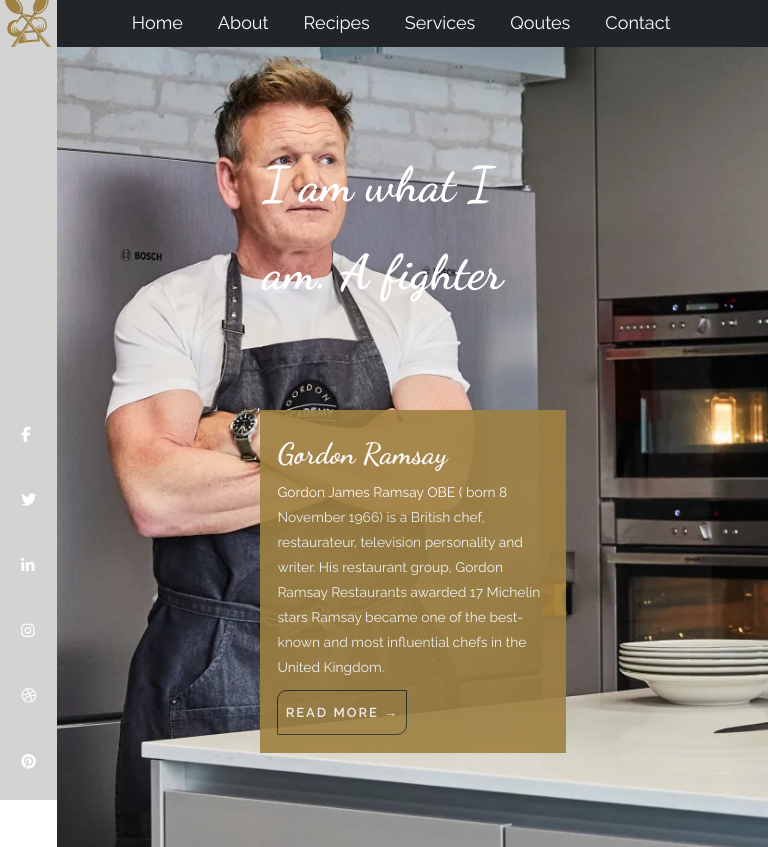
Repository: Esraa22M/Gordon-Ramsay-Biography
Page: index.html
These files come from the project's save history. The page is drawn as it stood at one moment and after the next save; the edit follows.
The browser window is 768 px wide. The pictures show the whole page.
Backgrounds fixed to the window are drawn as part of the page. Some web libraries are served in a nearby version.

Above is the page before, as saved 2022-12-13 17:00:21.

### index.html
<!DOCTYPE html>
<html lang="en">

<head>
    <meta charset="UTF-8">
    <meta http-equiv="X-UA-Compatible" content="IE=edge">
    <meta name="viewport" content="width=device-width, initial-scale=1.0">
    <title>Gordon-Ramsay-Biography
    </title>
    <!-- google fonts -->
    <link rel="preconnect" href="https://fonts.googleapis.com">
    <link rel="preconnect" href="https://fonts.gstatic.com" crossorigin>
    <link
        href="https://fonts.googleapis.com/css2?family=Dancing+Script:wght@400;500;600;700&family=Raleway:ital,wght@0,100;0,200;0,300;0,400;0,500;0,600;0,700;0,800;0,900;1,100;1,200;1,300;1,400;1,500;1,600;1,700;1,800;1,900&display=swap"
        rel="stylesheet">
    <link href="https://fonts.googleapis.com/css2?family=Dancing+Script:wght@400;500;600;700&display=swap"
        rel="stylesheet">

    <!-- external style -->
    <link rel="stylesheet" href="style.css" />
    <!-- fontawsome -->
    <script src="https://kit.fontawesome.com/8684e53235.js" crossorigin="anonymous"></script>
    <!-- scripts -->
    <script src="main.js" defer></script>
</head>

<body>
    <!-- Asidebar Nav-->
    <aside id="aside-nav">
        <div class="aside--nav__content">
            <img src="./img/chef-logo.svg" alt="side Navbar logo" class="aside--nav__content__logo">

            <nav class="aside-nav__content__nav" role="side nav">
                <ul class="aside--nav__content__nav--social">
                    <li><a href="#"><i class="fab fa-facebook-f"></i></a></li>
                    <li><a href="#"><i class="fab fa-twitter"></i></a></li>
                    <li><a href="#"><i class="fab fa-linkedin-in"></i></a></li>
                    <li><a href="#"><i class="fab fa-instagram"></i></a></li>
                    <li><a href="#"><i class="fab fa-dribbble"></i></a></li>
                    <li><a href="#"><i class="fa-brands fa-pinterest"></i></a></li>
                </ul>
            </nav>
        </div>
    </aside>
    <!-- Main Content -->
    <main>
        <header id="header">
            <div class="primary-nav-container">
                <!-- hamburger icon -->
                <div class="header__primary-nav--hamburger">
                    <div class="line line-1"></div>
                    <div class="line line-2"></div>
                    <div class="line line-3"></div>
                </div>
                <!-- Primary Nav -->
                <nav id="header__primary-nav">

                    <ul class="header__primary-nav-links">
                        <li class="header__primary-nav-links--link-item"><a href="#"
                                class="header__primary-nav--nav-link">Home</a></li>
                        <li class="header__primary-nav-links--link-item"><a href="#"
                                class="header__primary-nav--nav-link">About</a></li>
                        <li class="header__primary-nav-links--link-item"><a href="#"
                                class="header__primary-nav--nav-link">Recipes</a></li>
                        <li class="header__primary-nav-links--link-item"><a href="#"
                                class="header__primary-nav--nav-link">Services</a></li>
                        <li class="header__primary-nav-links--link-item"><a href="#"
                                class="header__primary-nav--nav-link">Qoutes</a></li>
                        <li class="header__primary-nav-links--link-item"><a href="#"
                                class="header__primary-nav--nav-link">Contact</a></li>
                    </ul>
                </nav>
            </div>
        </header>
        <!-- hero section -->
        <section id="show-case">
            <h1 class="show-case__word">I am what I am. A fighter</h1>
            <div class="show-case__content">
                <h1 class="show-case__content-title"> Gordon Ramsay
                </h1>
                <p class="show-case__content--bio">Gordon James Ramsay OBE ( born 8 November 1966) is a British chef,
                    restaurateur, television personality and
                    writer. His restaurant group, Gordon Ramsay Restaurants awarded 17
                    Michelin stars
                    Ramsay became one of the best-known and most influential chefs in the United Kingdom.
                </p>
                <a href="#" class="show-case__content--link">Read More &#8594
                </a>
            </div>
        </section>
    </main>
</body>

</html>

### style.css
*,
*::after,
*::before {
  box-sizing: border-box;
  margin: 0;
  padding: 0;
}
/* utility components */
:root {
  font-size: 62.5%;
  /* colors */
  --clr-neutral-200: rgb(47, 45, 45);
  --clr-neutral-100: #212529;
  --clr-light: #ffff;
  --clr-primary: rgb(159, 129, 66);
  --ff-primary: "Raleway", sans-serif;

  --ff-secondary: "Dancing Script", cursive;
}
body {
  font-family: var(--ff-primary);
  line-height: 1.8;
  display: flex;
  width: 100vw;
}
ul {
  list-style: none;
}
a:link,
a:visited {
  text-decoration: none;
  cursor: pointer;
  color: var(--clr-light);
}
/* -------------------Main Styling-------*/

/* ---side nav-- */
#aside-nav {
  position: sticky;
  top: 0;
  left: 0;
  height: 100vh;
}
.aside--nav__content {
  height: 100vh;
  display: flex;
  flex-direction: column;
  justify-content: space-between;
  background-color: lightgray;
  align-items: center;
}
.aside--nav__content__logo {
  width: calc(3vw + 3vh);
  height: calc(3vw + 3vh);
  object-fit: cover;
}
.aside-nav__content__nav {
  height: 100%;
  display: flex;
  flex-direction: column;
  align-items: center;
  padding: calc(0.3em + 0.4vw);
  justify-content: flex-end;
}
.aside--nav__content__nav--social {
  list-style: none;
}

.aside--nav__content__nav--social a i {
  font-size: calc(1rem + 0.666vw);
  color: var(--clr-light);
  margin: calc(2rem + 0.666vw) calc(1rem + 0.666vw);
  transition: color 0.3s cubic-bezier(0.075, 0.82, 0.165, 1);
}

.aside--nav__content__nav--social a i:hover,
.aside--nav__content__nav--social a i:focus-within,
.aside--nav__content__nav--social a i:active {
  color: var(--clr-primary);
}
/* Main content */
main {
  flex: 1;
}
/* ---Primary Nav ---*/
header#header {
  background-color: var(--clr-neutral-100);
  width: 100%;
}
:where(#header__primary-nav) {
  height: calc(3vw + 3vh);
  width: 100%;
}
.header__primary-nav-links {
  display: flex;
  height: 100%;
  justify-content: center;
  align-items: center;
}
.header__primary-nav-links .header__primary-nav-links--link-item {
  padding-right: 3vw;
}
.header__primary-nav--nav-link {
  font-size: 1.8rem;
  text-transform: capitalize;
  position: relative;
  padding: 0.2rem 0.6rem;
}
.header__primary-nav--nav-link:link::before,
.header__primary-nav--nav-link:visited::before,
.header__primary-nav--nav-link:link::after,
.header__primary-nav--nav-link:visited::after {
  content: "";
  position: absolute;
  left: 0;
  width: 100%;
  height: 0.25rem;
  background-color: var(--clr-primary);
  transform: scaleX(0);
  transition: transform 0.6s cubic-bezier(1, 0, 0, 1);
}
.header__primary-nav--nav-link:link::before,
.header__primary-nav--nav-link:visited::before {
  top: 0;
  transform-origin: right;
}
.header__primary-nav--nav-link:link::after,
.header__primary-nav--nav-link:visited::after {
  bottom: 0;
  transform-origin: left;
}
.header__primary-nav--nav-link:hover::before,
.header__primary-nav--nav-link:active::before,
.header__primary-nav--nav-link:hover::after,
.header__primary-nav--nav-link:active::after {
  transform: scaleX(1);
}
/*-------------showcase section---------------*/
section#show-case {
  background-image: url("./img/GRA_Gordon_010921.webp");
  background-size: cover;
  object-fit: cover;
  background-attachment: fixed;
  background-position: center;
  height: 100vh;
  color: var(--clr-light);
  display: flex;
  justify-content: space-evenly;
  align-items: center;
}
.show-case__content {
  background-color: var(--clr-primary);
  opacity: 0.9;
  padding: calc(1rem + 1vw);
  min-height: calc(5rem + 20vmax);
  width: calc(5rem + 32vmax);
  display: flex;
  flex-direction: column;
  justify-content: space-between;
  animation: hero 2s ease-in-out;
}
@keyframes hero{
  0%{
    transform:  translateX(-60rem) rotate(369deg);
    opacity: 0;
  }
  100%{
    transform: translateX(0);
    opacity: 1;
  }
}
.show-case__word {
  width: 30rem;
  font-size: calc(1rem + 5vw);
}
.show-case__content-title {
  font-size: calc(1rem + 2.5vw);
}
.show-case__content-title,
.show-case__word {
  font-family: var(--ff-secondary);
}
.show-case__content--bio {
  font-size: calc(1rem + 0.5vw);
}
.show-case__content--link:visited,
.show-case__content--link:link {
  padding: 1rem 0;
  transition: all 0.5s ease-in-out;
  width: 13rem;
  text-align: center;
    margin-top: 1rem;

  text-transform: uppercase;
  font-size: 1.3rem;
  position: relative;
  border: 1px solid var(--clr-neutral-200);
  border-bottom-right-radius: 1rem 1rem;
  border-top-left-radius: 1rem 1rem;
  font-weight: 600;
  letter-spacing: 0.2rem;
}
.show-case__content--link:visited::after,
.show-case__content--link:link::after {
  content: "";
  position: absolute;
  z-index: -2;
  inset: 0;
  background-color: var(--clr-neutral-200);
  transform: scaleX(0);
  transform-origin: right;
  transition: transform 0.4s;
}
.show-case__content--link:visited:hover,.show-case__content--link:link:hover
{
  border-radius: unset;
  border: unset;
}
.show-case__content--link:hover::after,
.show-case__content--link:active::after {
  transform: scaleX(1);
    transform-origin: left;

}
@media screen and (max-width: 950px) { /*showcase section**/
    section#show-case {
    background-image: url(./img/GRA_Gordon.png);
    justify-content: space-evenly;
    align-items: center;
    flex-direction: column;
    background-position: 10%;
  }
}
/* max width (610px) */
@media screen and (max-width: 610px) {
  .primary-nav-container {
    position: relative;
  }
  :where(#header__primary-nav) {
    width: 30rem;
    height: 100%;
    position: fixed;
    background-color: var(--clr-neutral-200);
    top: 0;
    right: 0;
    z-index: 100;
    opacity: 0;
    text-align: center;
  }
  .main__nav--position {
    opacity: 1;
  }
  .header__primary-nav-links {
    flex-direction: column;
    align-items: flex-start;
  }

  /* .header__primary-nav-links::after {
    content: "";
    position: absolute;
    height: 50%;
    width: 50%;
    opacity: 0.8;
    z-index: -1;
    border-radius: 10px 5% / 20px 25em 30px 35em;

    background-color: var(--clr-neutral-100);
    box-shadow: 0 0 0.3rem 0.1rem var(--clr-primary);
    left: 2rem;
  } */

  .header__primary-nav-links :where(.header__primary-nav-links--link-item) {
    margin-bottom: 4vh;
    margin-left: 6vw;
    opacity: 0;
  }

  .header__primary-nav--hamburger {
    width: 5rem;
    height: 5rem;
    position: fixed;
    z-index: 200;
    top: 2rem;
    right: 3rem;
    background-color: var(--clr-neutral-200);
    cursor: pointer;
    border-radius: 50%;
    padding: 1rem;
    display: flex;
    flex-direction: column;
    justify-content: space-around;
  }
  .line {
    width: 100%;
    height: 0.3rem;
    background-color: var(--clr-light);
    border-radius: 0.2rem;
    transition: all 0.4s ease-in-out;
  }
  .primary-nav-container[aria-expanded="true"] .line-1 {
    transform: rotateZ(-405deg) translate(-1.25rem);
  }
  .primary-nav-container[aria-expanded="true"] .line-2 {
    opacity: 0;
  }
  .primary-nav-container[aria-expanded="true"] .line-3 {
    transform: rotateZ(45deg) translate(-1.5rem);
  }
  .fade {
    opacity: 1;
  }
    section#show-case {
    align-items: flex-end;
    background-position: 10%;
  }
}

### main.js
/*----------primary nav------------*/
const mainNavContainer = document.querySelector(".primary-nav-container");
const hamburgerContainer = document.querySelector("#header__primary-nav");
const hamburger = document.querySelector(".header__primary-nav--hamburger");
const links = document.querySelectorAll(".header__primary-nav-links li");
let handleMainNavbarExpantion = function () {
  hamburgerContainer.classList.contains("main__nav--position")
    ? mainNavContainer.setAttribute("aria-expanded", false)
    : mainNavContainer.setAttribute("aria-expanded", true);
  hamburgerContainer.classList.toggle("main__nav--position");
  links.forEach((link, i) => {
    link.style.transition = `all 0.5s ease-in-out ${i * 0.2 + 0.2}s`;
    link.classList.toggle("fade");
  });
};
hamburger.addEventListener("click", handleMainNavbarExpantion);

Loaded but not shown: img/chef-logo.svg (8 lines, source omitted)

After the next save:
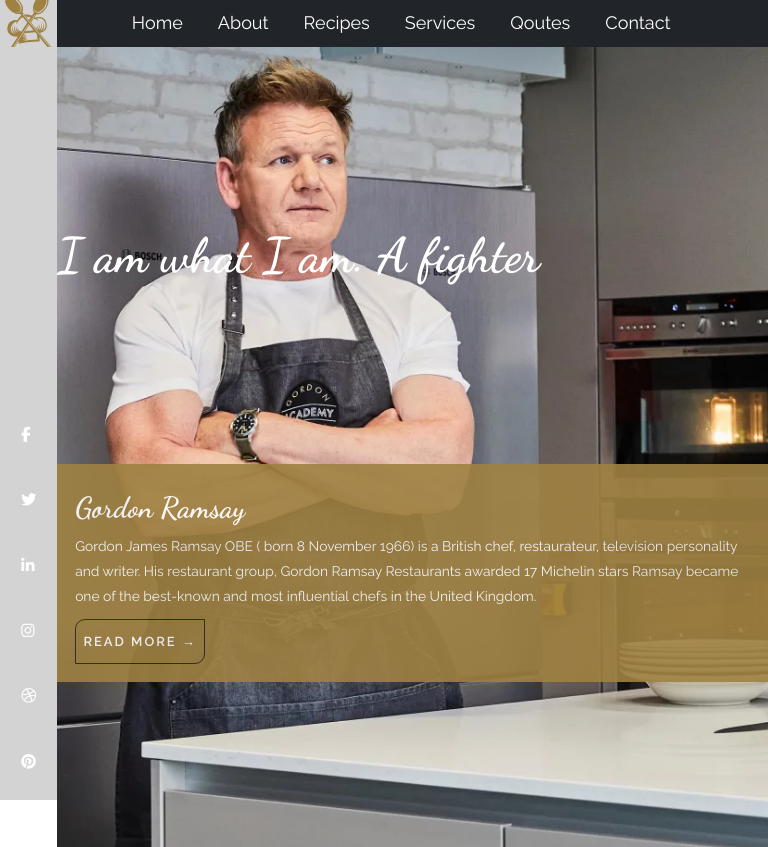
Saved 50 s later.
--- a/style.css
+++ b/style.css
@@ -229,6 +229,9 @@
     align-items: center;
     flex-direction: column;
     background-position: 10%;
+  }
+  .show-case__content,.show-case__word{
+    width: 100%;
   }
 }
 /* max width (610px) */

After the save that followed:
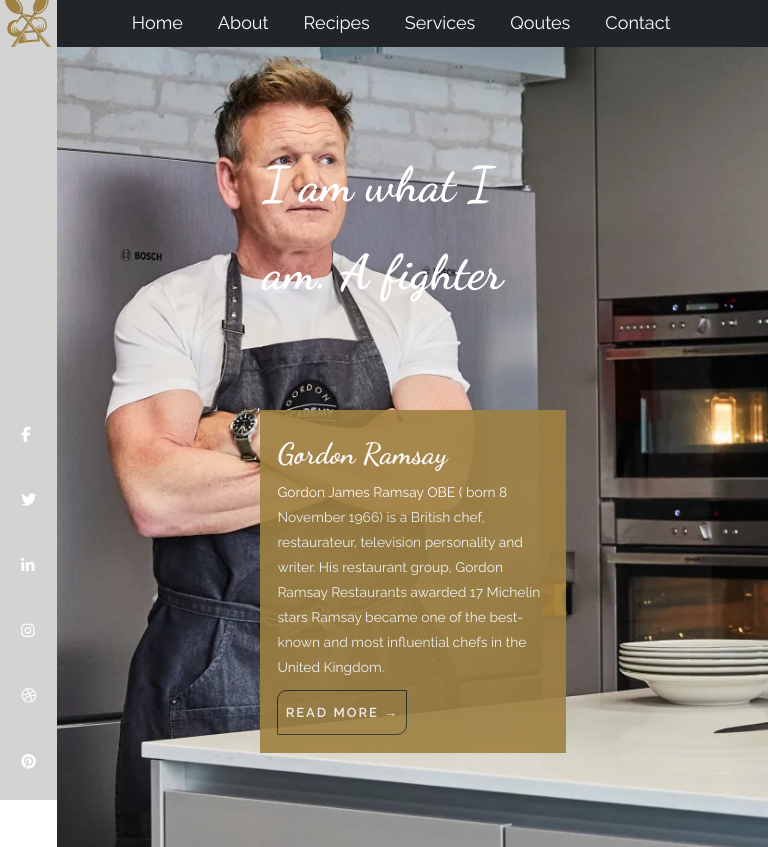
Saved 31 s later.
--- a/style.css
+++ b/style.css
@@ -231,7 +231,7 @@
     background-position: 10%;
   }
   .show-case__content,.show-case__word{
-    width: 100%;
+    width: 90;
   }
 }
 /* max width (610px) */
